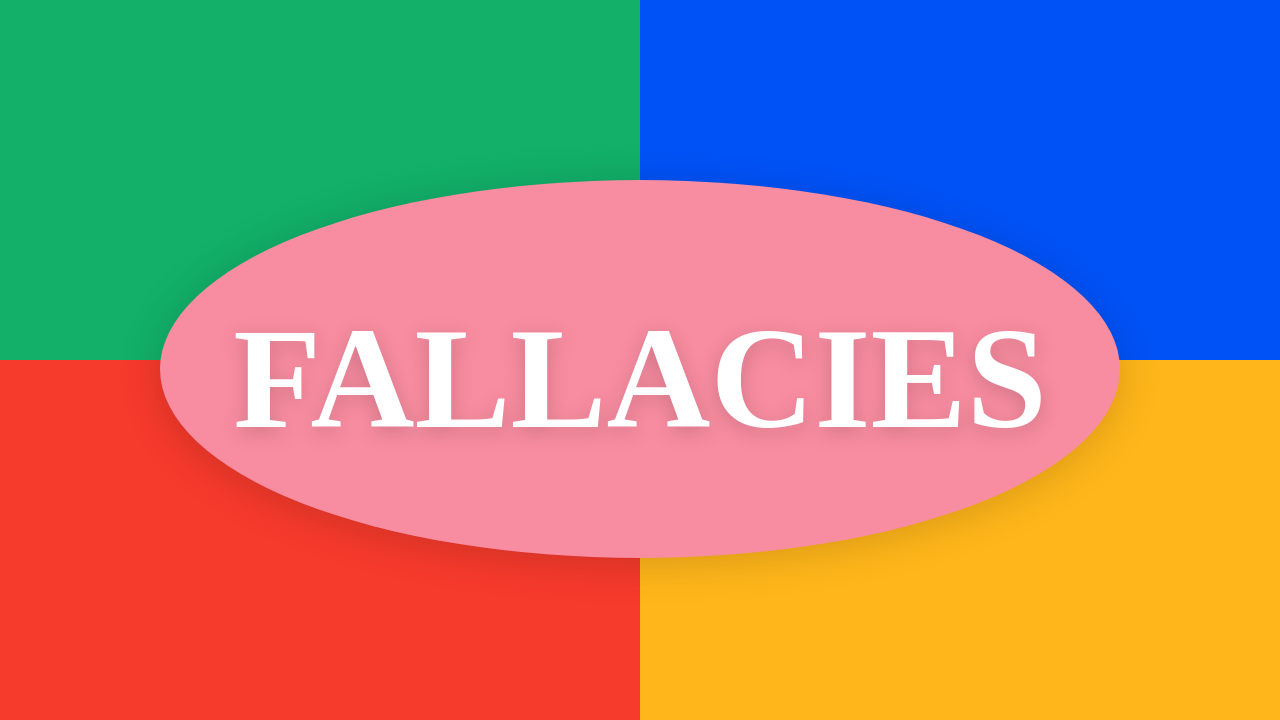
Repository: yafugray/fallacies
Page: project/Midterm project/index.html
An editor plug-in stored every save of this project. The page is shown before and after the next save, followed by the edit.
The browser window is 1280 px wide. The pictures show the whole page.

Above is the page before, as saved 2020-03-12 19:21:30.

After the next save:
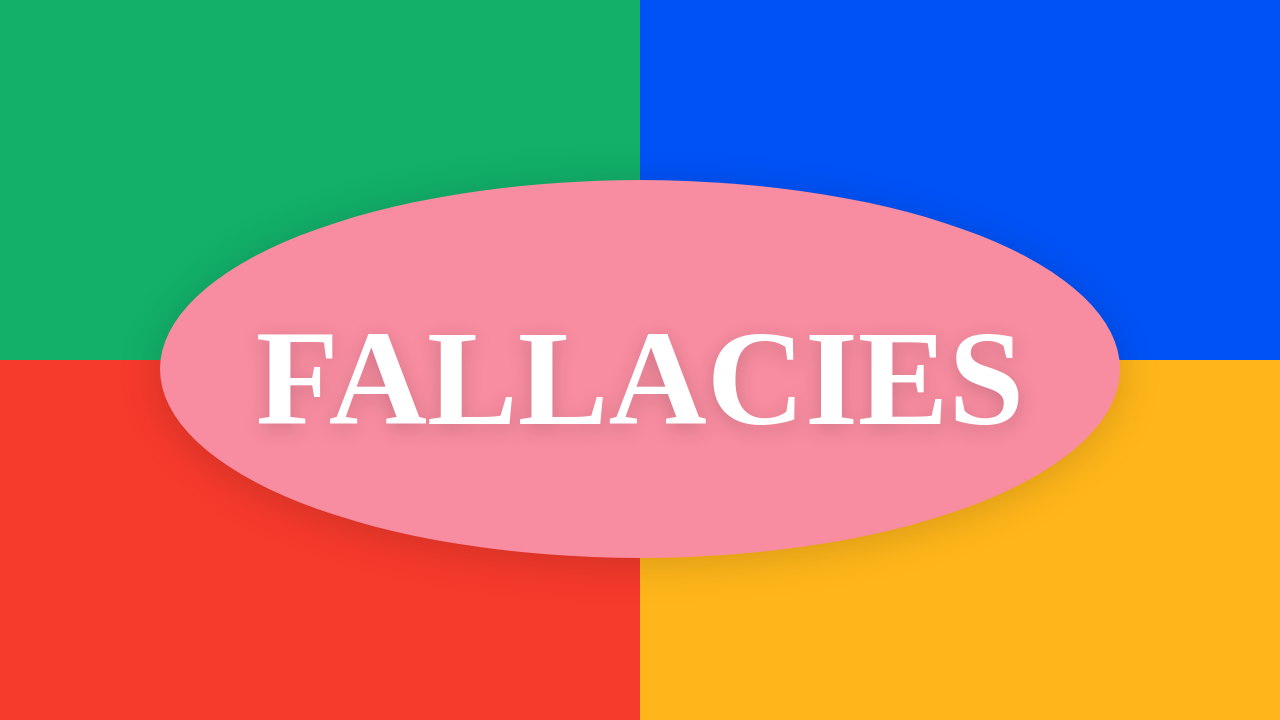
Saved 5 s later.
--- a/project/Midterm project/app.css
+++ b/project/Midterm project/app.css
@@ -115,7 +115,7 @@
     top:55%;
     left:50%;
     transform: translate(-50%, -50%);
-    font-size:9rem;
+    font-size:8.5rem;
     color: white;
     z-index: 2;
     text-align: center;
